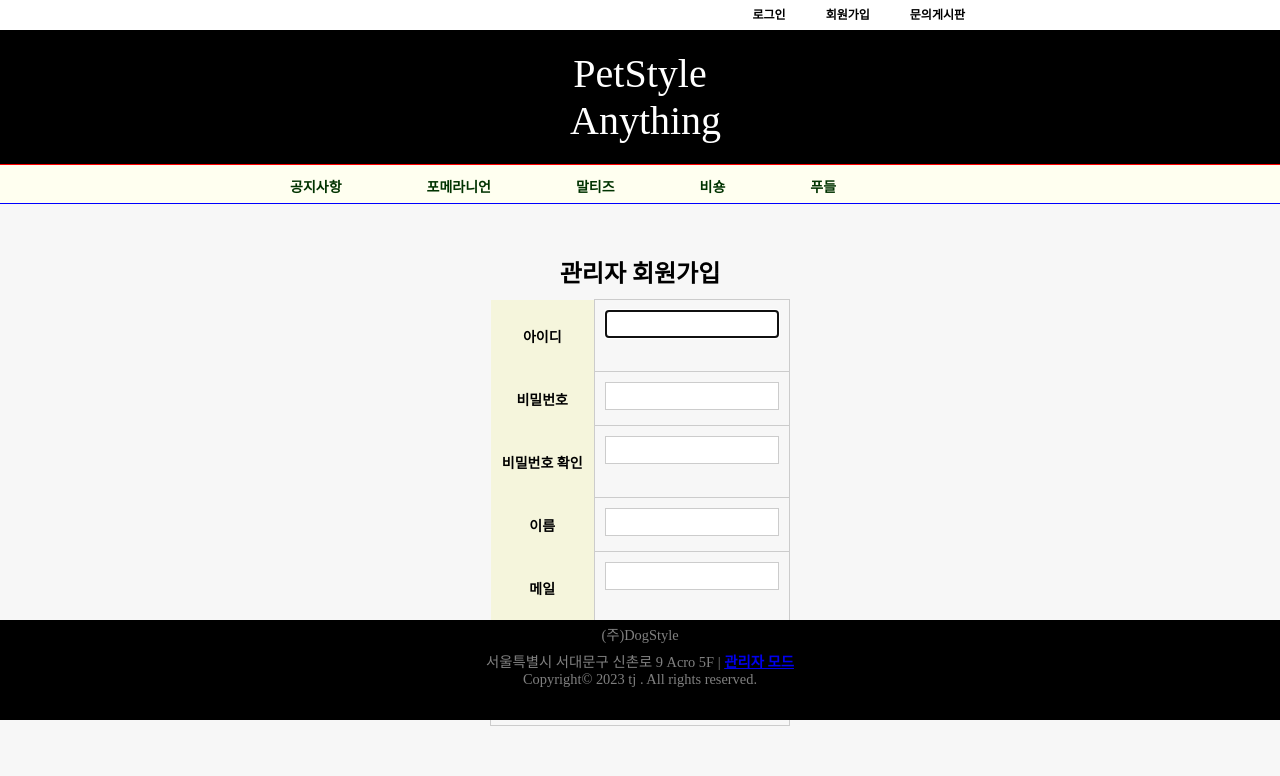
Repository: kdkk2000/Project
Page: http://localhost/petstyle/admin/adminJoin.jsp
The author's editor kept a copy of each file at every save. The page is drawn from the files as they stood at one save, then again after the next save.
The browser window is 1280 px wide. The pictures show the whole page.
The page is served by Tomcat 9. Other server files are loaded and not shown. The template is opened directly, without the code that normally fills it, so the values that code supplies are empty.

Above is the page before, as saved 2023-03-29 06:32:06.

### petstyle/WebContent/admin/adminJoin.jsp
<%@ page language="java" contentType="text/html; charset=UTF-8"
    pageEncoding="UTF-8"%>
<%@ taglib prefix="c" uri="http://java.sun.com/jsp/jstl/core" %>
<%@ taglib prefix="fmt" uri="http://java.sun.com/jsp/jstl/fmt"%>
<c:set var="conPath" value="${pageContext.request.contextPath }"/>
<!DOCTYPE html>
<html>
<head>
	<meta charset="UTF-8">
	<title>Admin Join</title>
	<link href="${conPath }/css/join.css" rel="stylesheet">
	<link rel="stylesheet" href="//code.jquery.com/ui/1.13.2/themes/base/jquery-ui.css">
	<script src="https://code.jquery.com/jquery-3.6.0.js"></script>
	<script src="https://code.jquery.com/ui/1.13.2/jquery-ui.js"></script>
	<script>
		$(function(){
			$('input[name="adminId"]').keyup(function(){
				var adminId = $(this).val();
				if(adminId.length<2){
					$('#adminIdConfirmResult').text('아이디는 2글자 이상');
				}else{
					$.ajax({
						url : '${conPath}/adminIdConfirm.do',
						type : 'get',
						data : 'adminId='+adminId,
						dataType : 'html',
						success : function(data){
							$('#adminIdConfirmResult').html(data);
						},
					});// ajax함수
				}//if
			});// keyup event
			$('input[name="adminPw"], input[name="adminPwChk"]').keyup(function(){
				var pw = $('input[name="adminPw"]').val();
				var pwChk = $('input[name="adminPwChk"]').val();
				if(pw == pwChk){
					$('#adminPwChkResult').text('비밀번호 일치');
				}else{
					$('#adminPwChkResult').text('비밀번호 불일치');
				}
			});// keyup event(비밀번호 일치 확인용)
			$('form').submit(function(){
				var adminIdConfirmResult = $('#adminIdConfirmResult').text().trim();
				var adminPwChkResult = $('#adminPwChkResult').text().trim();
				if(adminIdConfirmResult != '사용 가능한 ID입니다'){
					alert('사용 불가한 아이디입니다');
					$('input[name="adminId"]').focus();
					return false; // submit 제한
				}else if(adminPwChkResult != '비밀번호 일치'){
					alert('비밀번호를 확인하세요');
					$('input[name="adminPw"]').focus();
					return false;
				}
			});
		});
	</script>
</head>
<body>
	<jsp:include page="../main/header.jsp"/>
	<div id="content_form">
		<form action="${conPath}/adminJoin.do" method="post">
			<table>
				<caption>관리자 회원가입</caption>
				<tr>
				    <th>아이디</th>
				    <td>
				        <input type="text" name="adminId" required="required" autofocus="autofocus">
				        <div id="adminIdConfirmResult"> &nbsp; </div>
				    </td>
				</tr>
				<tr>
				    <th>비밀번호</th>
				    <td><input type="password" name="adminPw" required="required"></td>
				</tr>
				<tr>
				    <th>비밀번호 확인</th>
				    <td>
				        <input type="password" name="adminPwChk" required="required">
				        <div id="adminPwChkResult"> &nbsp; </div>
				    </td>
				</tr>
				<tr>
				    <th>이름</th>
				    <td><input type="text" name="adminName" required="required"></td>
				</tr>
				<tr>
				    <th>메일</th>
				    <td>
				        <input type="text" name="adminEmail" required="required">
				        <div id="adminEmailConfirmResult"> &nbsp; </div>
				    </td>
				</tr>
				<tr>
				    <th>전화번호</th>
				    <td><input type="text" name="adminPhone"></td>
				</tr>
				<tr>
					<td colspan="2">
						<p>
							<input type="submit" value="회원가입" class="btn">
							<input type="button" value="로그인" class="btn" onclick="location='${conPath}/adminLoginView.do'">
						</p>
					</td>
				</tr>
			</table>
		</form>
	</div>
	<jsp:include page="../main/footer.jsp"/>
</body>
</html>

### petstyle/WebContent/main/header.jsp
<%@ page language="java" contentType="text/html; charset=UTF-8"
    pageEncoding="UTF-8"%>
<%@taglib prefix="c" uri="http://java.sun.com/jsp/jstl/core"%>
<%@taglib prefix="fmt" uri="http://java.sun.com/jsp/jstl/fmt" %>
<c:set var="conPath" value="${pageContext.request.contextPath }"/>
<!DOCTYPE html>
<html>
<head>
	<meta charset="UTF-8">
	<title>Insert title here</title>
<style>
	*{padding:0; margin: 0;}
	header {
		background-color: black; font-size: 10pt; color: white;
	}
	header a {text-decoration: none; font-weight: bold;}
	header li {list-style: none;}
	header .gnb {
	    width: 100%;
	    background-color: white;
	    margin-left: auto;
	}
	header .gnb ul {
		overflow: hidden;
		width:700px;
		height: 30px;
		line-height: 30px;
		margin: 0 auto;
	}
	header .gnb ul li {	float: right; margin-right:10px;}
	header .gnb a {
		color : black;
		font-size: 0.9em;
		display: block;
		padding-left:15px;
		padding-right:15px;
	}
	header .gnb a:hover {
		font-size: 1.2em;
  		background-color: black;
  		color: white;
	}

	header .logo{
		width:140px; text-align:center;
		margin: 20px auto; font-size:3em;
		cursor: pointer;
	}
	header .lnb {
		background-color: ivory;
	  	width: 100%; height: 40px;
	  	border-top: 1px solid red;
		border-bottom: 1px solid blue;
		position:relative; /*서브메뉴가 main영역 위로 */
	}
	header .lnb ul{
		text-align:center;
		overflow: hidden;
		width:800px;
		margin: 0 auto;
	}
	header .lnb ul>li {
		font-weight: bold;
		font-size: 14px;
		margin: 5px;
		margin-left: 20px;
		float:left;
		padding:5px 30px;
		line-height: 25px;
	}
	header .lnb li:hover {
  		background-color: black;
  		color: white;
	}
	header .lnb a {
		color : white;
		font-size: 0.9em;
		display: block;
		padding-left:15px;
		padding-right:15px;
	}
	header .lnb a:hover {
  		background-color: yellow;
  		color: black;
	}
	header .lnb li {color: #003300;}
	header .lnb ul li .subMenu {display:none;}
	header .lnb ul li:hover .subMenu {display: block; margin: 10px 0 0 0;}
</style>
</head>
<body>
<header>
	<c:if test="${empty user and empty admin}"> <%-- 로그인 전 화면 --%>
		<div class="gnb">
			<ul>
				<li><a href="${conPath }/boardList.do">문의게시판</a></li>
				<li><a href="${conPath }/joinView.do">회원가입</a></li>
				<li><a href="${conPath }/loginView.do">로그인</a></li>
			</ul>
		</div>
		<div class="logo" onclick="location.href='${conPath}/main.do'">
			PetStyle Anything
		</div>
		<div class="lnb">
			<ul>
				<li>공지사항
					<ol class="subMenu">
						<li><a href="${conPath }/noticeList.do">공지사항</a></li>
					</ol>
				</li>
				<li>포메라니언
					<ol class="subMenu">
						<li><a href="../fileBoardUp/dog.jpg">곰돌이컷</a></li>
						<li><a href="#">물개컷</a></li>
						<li><a href="#">포메컷</a></li>
						<li><a href="#">라이언컷</a></li>
						<li><a href="#">풀코트</a></li>
					</ol>
				</li>
				<li>말티즈
					<ol class="subMenu">
						<li><a href="#">알밤컷</a></li>
						<li><a href="#">곰돌이컷</a></li>
						<li><a href="#">베이비컷 </a></li>
						<li><a href="#">무스타슈 </a></li>
					</ol>
				</li>
				<li>비숑
					<ol class="subMenu">
						<li><a href="#">하이바컷</a></li>
						<li><a href="#">귀툭튀컷</a></li>
					</ol>
				</li>
				<li>푸들
					<ol class="subMenu">
						<li><a href="#">양컷</a></li>
						<li><a href="#">몽키컷</a></li>
						<li><a href="#">브로콜리컷</a></li>
						<li><a href="#">테디베어컷</a></li>
						<li><a href="#">귀똑컷</a></li>
					</ol>
				</li>
			</ul>
		</div>
	</c:if>
	<c:if test="${not empty user and empty admin}"> <%-- 사용자 모드 로그인 화면--%>
		<div class="gnb">
			<ul>
				<li><a href="${conPath }/boardList.do">문의게시판</a></li>
				<li><a href="${conPath }/logout.do">로그아웃</a></li>
				<li><a href="${conPath }/modifyView.do">정보수정</a></li>
				<li><a>${user.userName }님 &nbsp; ▶</a></li>
			</ul>
		</div>
		<div class="logo" onclick="location.href='${conPath}/main.do'">
			PetStyle Anything
		</div>
		<div class="lnb">
			<ul>
				<li>공지사항
					<ol class="subMenu">
						<li><a href="${conPath }/noticeList.do">공지사항</a></li>
					</ol>
				</li>
				<li>포메라니언
					<ol class="subMenu">
						<li><a href="#">곰돌이컷</a></li>
						<li><a href="#">물개컷</a></li>
						<li><a href="#">포메컷</a></li>
						<li><a href="#">라이언컷</a></li>
						<li><a href="#">풀코트컷</a></li>
					</ol>
				</li>
				<li>말티즈
					<ol class="subMenu">
						<li><a href="#">알밤컷</a></li>
						<li><a href="#">곰돌이컷</a></li>
						<li><a href="#">베이비컷 </a></li>
						<li><a href="#">무스타슈컷 </a></li>
					</ol>
				</li>
				<li>비숑
					<ol class="subMenu">
						<li><a href="#">하이바컷</a></li>
						<li><a href="#">귀툭튀컷</a></li>
					</ol>
				</li>
				<li>푸들
					<ol class="subMenu">
						<li><a href="#">양컷</a></li>
						<li><a href="#">몽키컷</a></li>
						<li><a href="#">브로콜리컷</a></li>
						<li><a href="#">테디베어컷</a></li>
						<li><a href="#">귀똑컷</a></li>
					</ol>
				</li>
			</ul>
		</div>
	</c:if>
	<c:if test="${empty user and not empty admin}"> <%-- 관리자 모드 로그인 화면--%>
		<div class="gnb">
			<ul>
				<li><a href="${conPath }/boardList.do">문의게시판</a></li>
				<li><a href="${conPath }/logout.do">관리자모드나가기</a></li>
				<li><a href="${conPath }/adminModify.do">정보수정</a></li>
				<li><a>${admin.adminName }님 &nbsp; ▶</a></li>
			</ul>
		</div>
		<div class="logo" onclick="location.href='${conPath}/main.do'">
			PetStyle Anything
		</div>
		<div class="lnb">
			<ul>
				<li>공지사항
					<ol class="subMenu">
						<li><a href="${conPath }/noticeList.do">공지사항</a></li>
					</ol>
				</li>
				<li>회원 리스트
					<ol class="subMenu">
						<li><a href="${conPath }/allUser.do">회원 리스트</a></li>
					</ol>
				</li>
				<li>관리자 메모장
					<ol class="subMenu">
						<li><a href="#">관리자 메모장</a></li>
					</ol>
				</li>
			</ul>
		</div>
	</c:if>
</header>
</body>
</html>

### petstyle/WebContent/main/footer.jsp
<%@ page language="java" contentType="text/html; charset=UTF-8"
    pageEncoding="UTF-8"%>
<%@taglib prefix="c" uri="http://java.sun.com/jsp/jstl/core"%>
<%@taglib prefix="fmt" uri="http://java.sun.com/jsp/jstl/fmt" %>
<c:set var="conPath" value="${pageContext.request.contextPath }"/>
<!DOCTYPE html>
<html>
<head>
<meta charset="UTF-8">
<title>Insert title here</title>
	<style>
	footer {
		position: fixed;
		bottom: 0;
		height: 100px;
		background-color: black;
		width: 100%;
	}

	#footer_conts {
		color: gray;
		font-size: 0.9em;
		text-align: center;
		margin: 0 auto;
		width: 80%;
	}

	#footer_conts p:first-child {
		height: 30px;
		line-height: 30px;
	}
</style>
</head>
<body>
	<footer>
		<div id="footer_conts">
			<p>(주)DogStyle</p>
			<p>서울특별시 서대문구 신촌로 9 Acro 5F | <b><a href="${conPath }/adminLoginView.do">관리자 모드</a></b></p>
			<p>Copyright© 2023 tj . All rights reserved.</p>
		</div>
	</footer>
</body>
</html>

### petstyle/WebContent/css/join.css
* {
  box-sizing: border-box;
  margin: 0;
  padding: 0;
}

body {
  background-color: #f7f7f7;
}

#content_form {
  margin: 50px auto;
  width: 300px;
}

table {
  border-collapse: collapse;
  margin: 0 auto;
  width: 100%;
  font-size: 16px;
}

table caption {
  font-size: 24px;
  font-weight: bold;
  margin-bottom: 10px;
}

table th {
  background-color: beige;
  color: black;
  font-size: 14px;
  padding: 10px;
  text-align: center;
}

table td {
  border: 1px solid #ccc;
  padding: 10px;
}

table td:first-child {
  font-weight: bold;
  width: 100px;
}

input[type="text"],
input[type="password"],
textarea {
  border: 1px solid #ccc;
  padding: 6px;
  font-size: 12px;
  width: 100%;
  margin-bottom: 5px;
}

#userIdConfirmResult,
#userPwChkResult,
#userEmailConfirmResult {
  font-size: 12px;
  font-weight: bold;
  color: #333;
  margin-top: 5px;
}

.btn {
  background-color: #4CAF50;
  border: none;
  border-radius: 5px;
  color: #fff;
  cursor: pointer;
  padding: 5px 10px;
  font-size: 12px;
  text-align: center;
}

.btn:hover {
  background-color: black;
}

.btn:last-child {
  margin-right: 0;
}

After the next save:
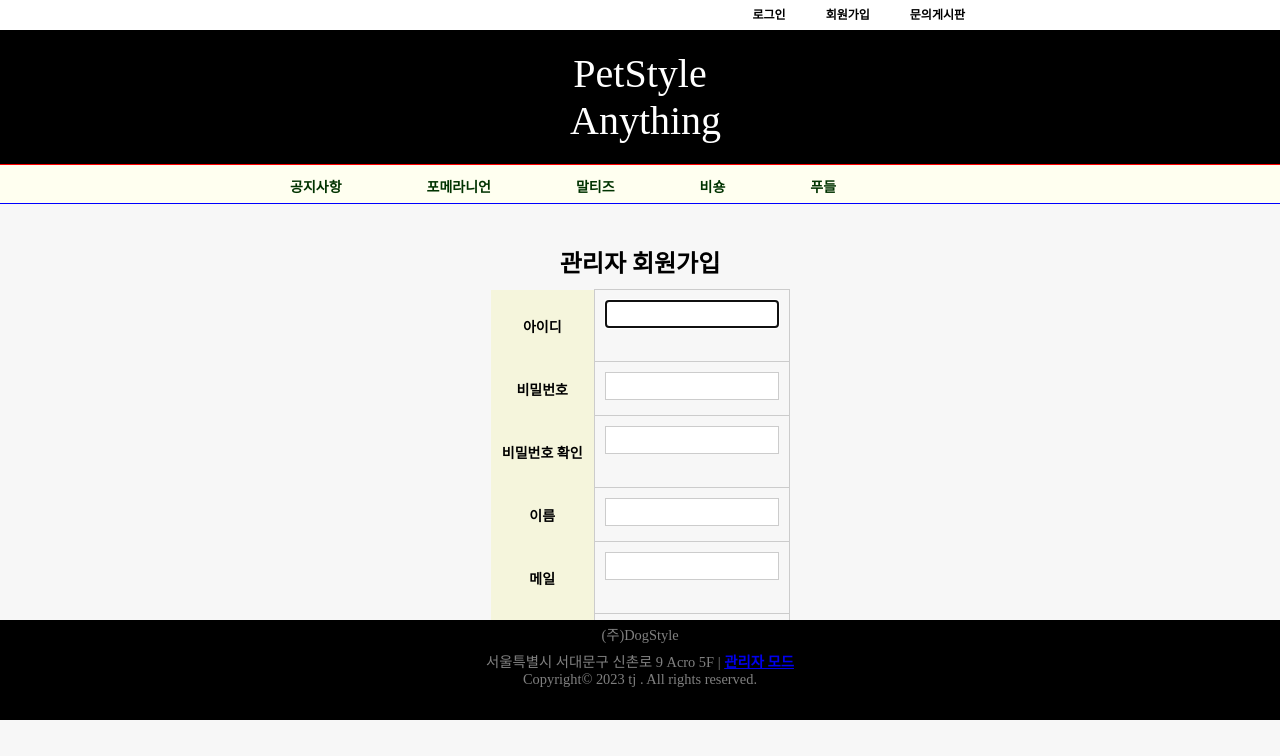
Saved 26 s later.
--- a/petstyle/WebContent/css/join.css
+++ b/petstyle/WebContent/css/join.css
@@ -9,7 +9,7 @@ body {
 }
 
 #content_form {
-  margin: 50px auto;
+  margin: 40px auto;
   width: 300px;
 }
 
